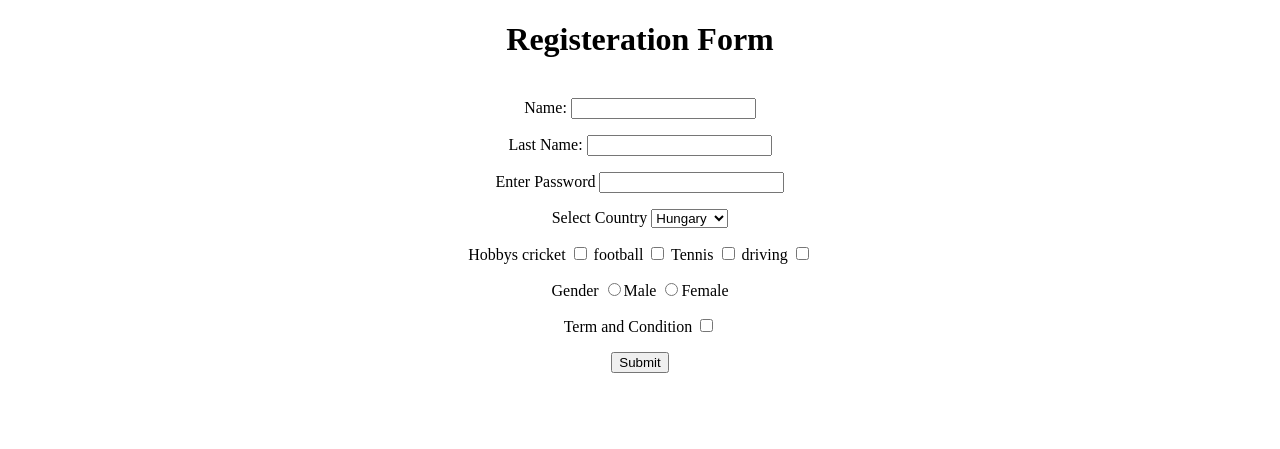
Repository: DevKhanHassam/SpringMvc
Page: http://localhost/formPractice/WEB-INF/views/form.jsp
The author's editor kept a copy of each file at every save. The page is drawn from the files as they stood at one save, then again after the next save.
The browser window is 1280 px wide. The pictures show the whole page.
The page is served by Tomcat 9. Nobody is signed in. The template is opened directly, without the code that normally fills it, so the values that code supplies are empty.

Above is the page before, as saved 2024-05-18 16:12:43.

After the next save:
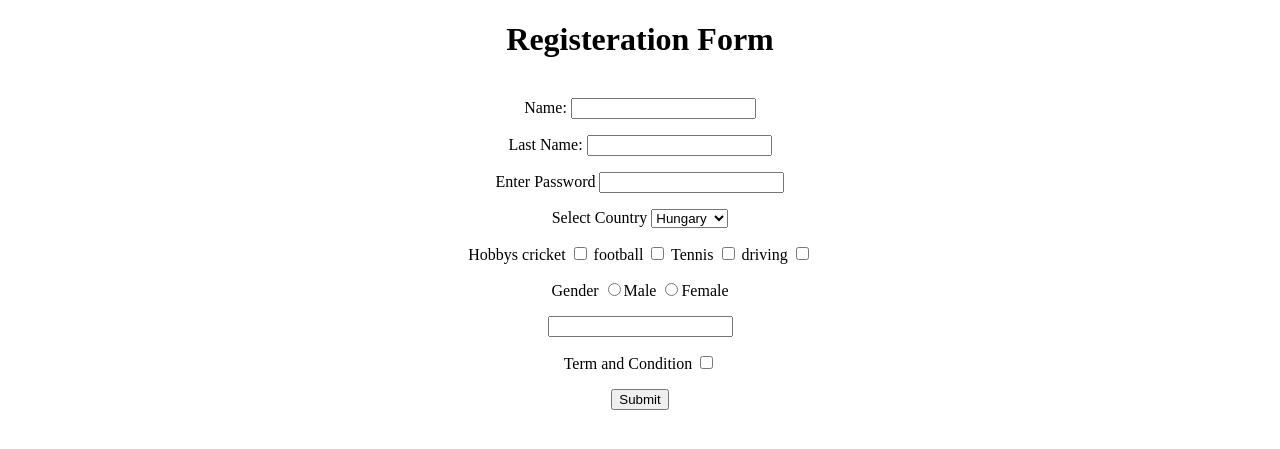
Saved 87 s later.
--- a/formPractice/src/main/webapp/WEB-INF/views/form.jsp
+++ b/formPractice/src/main/webapp/WEB-INF/views/form.jsp
@@ -73,6 +73,11 @@
 		      <form:errors path="gender" cssClass="error" ></form:errors>
 
 		      <p>
+
+		      <form:input path="commDto.email"/>
+
+
+		      <p>
 		      <label for="termAndConditon">Term and Condition</label>
 		      <form:checkbox  id="termAndConditon" path="termAndConditon"/>
 		      <form:errors path="termAndConditon" cssClass="error"></form:errors>
